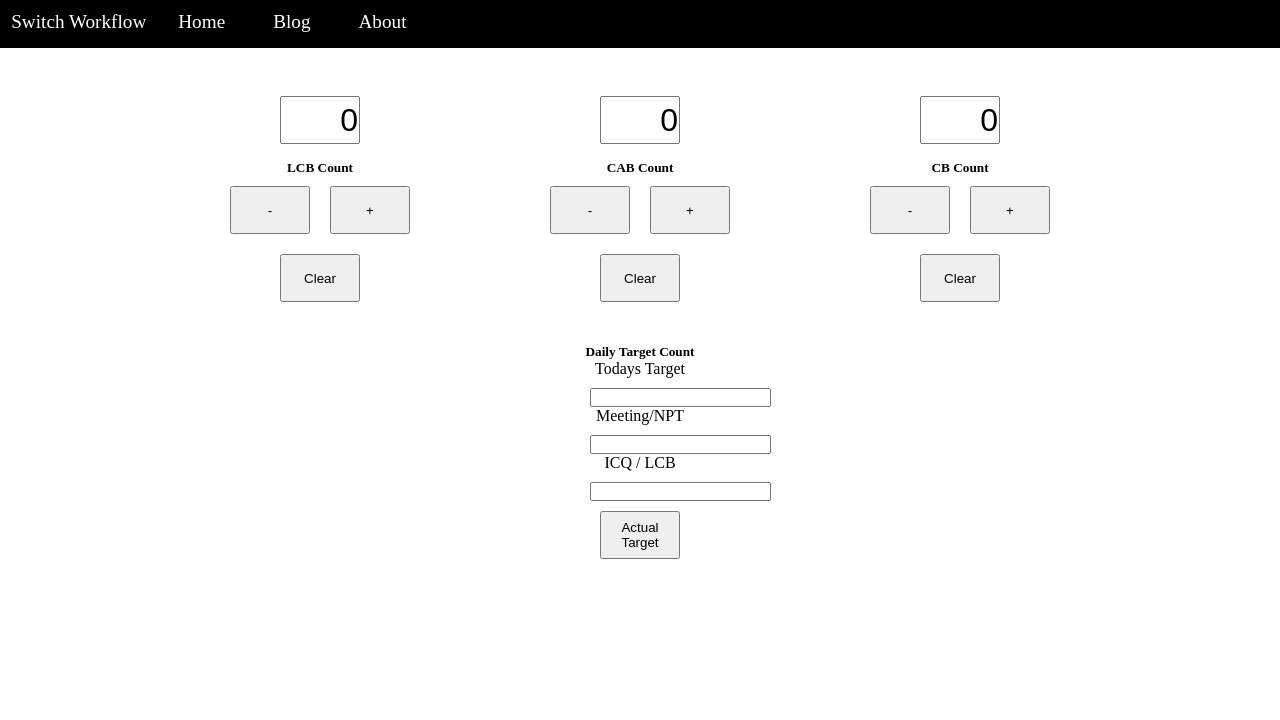
Repository: suraj-yadav7/SwitchWorkflow-Count-reactjs
Page: /
An editor plug-in stored every save of this project. The page is shown before and after the next save, followed by the edit.
The browser window is 1280 px wide. The pictures show the whole page.
The project was rebuilt for these pictures with package versions that can differ from the ones it lists, and the page was loaded fresh each time.

Above is the page before, as saved 2023-04-18 22:01:49.

After the next save:
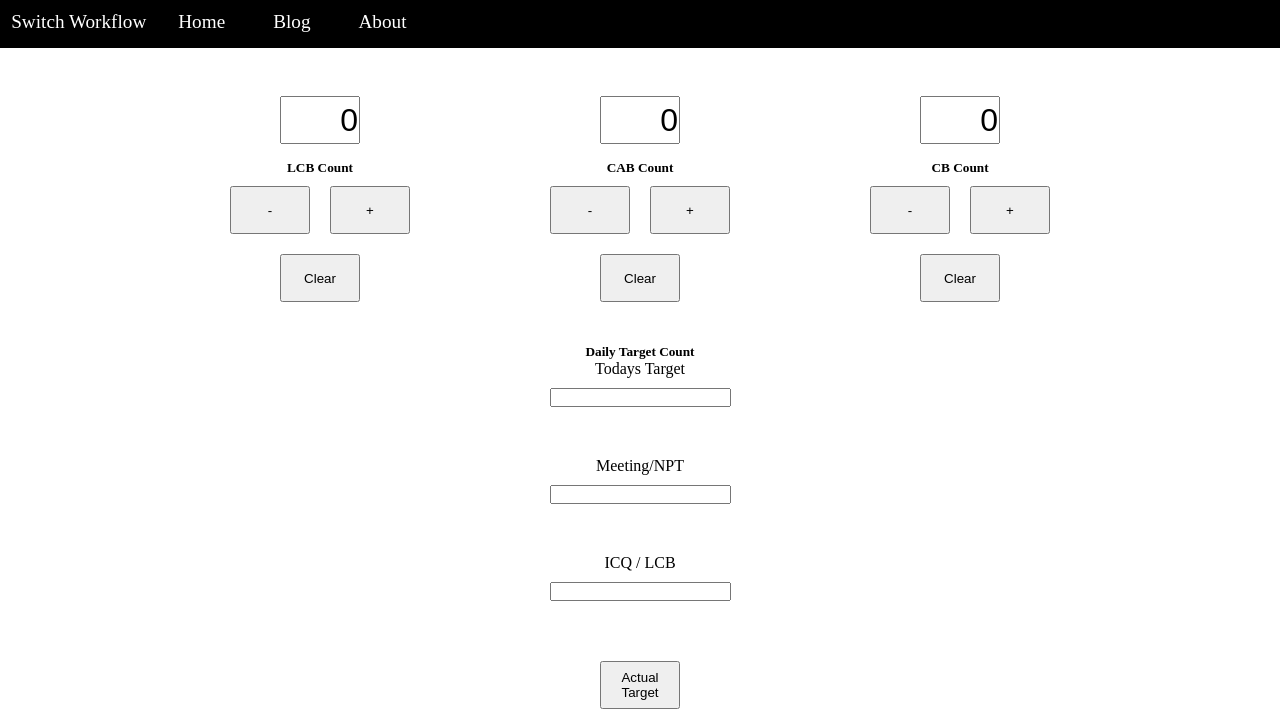
Saved 13 s later.
--- a/src/App.css
+++ b/src/App.css
@@ -64,5 +64,5 @@ nav > ul{
   justify-content: center;
 }
 .textType >input{
-  margin: 10px 0px 0px 80px;
+  margin: 10px 0px 50px 0px;
 }
